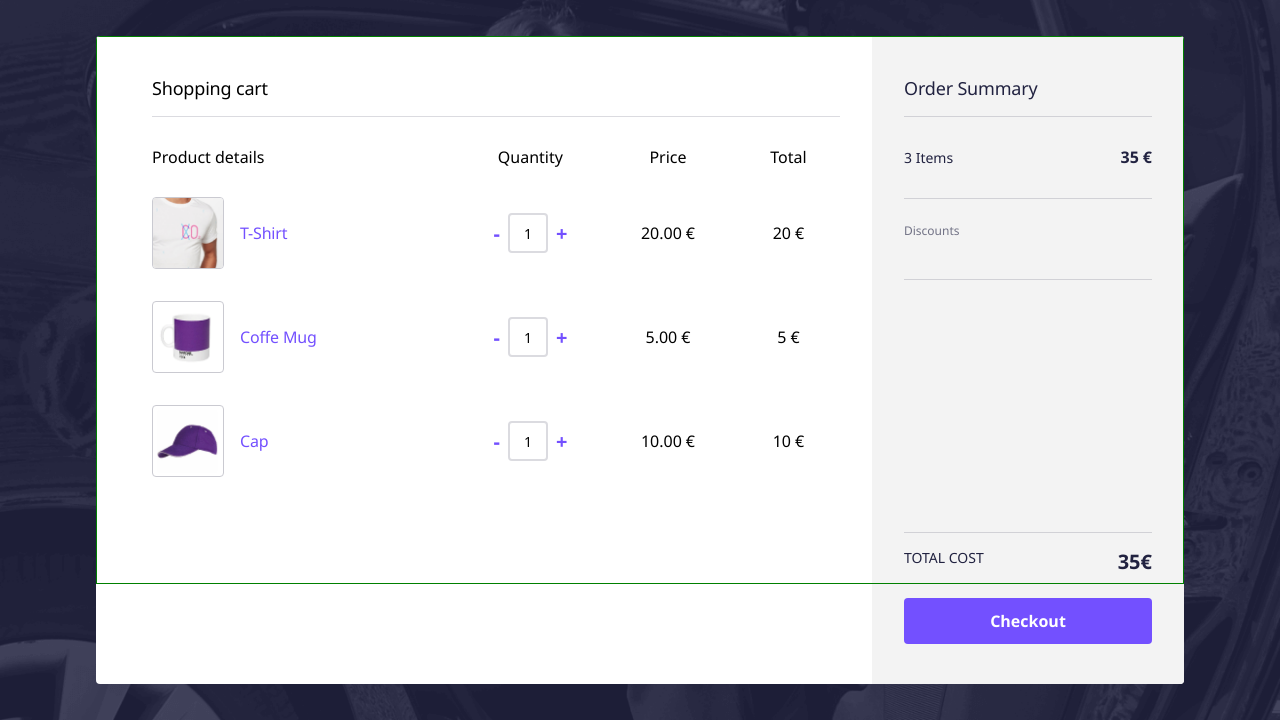
Repository: banchiec/challengecbfy
Page: /
These files come from the project's save history. The page is drawn as it stood at one moment and after the next save; the edit follows.
The browser window is 1280 px wide. The pictures show the whole page.
Some web fonts or font styles are not loaded; a fallback is used. The project was rebuilt for these pictures with package versions that can differ from the ones it lists, and the page was loaded fresh each time. Also part of the build but not shown: craco.config.js.

Above is the page before, as saved 2021-12-10 13:01:24.

### src/index.js
import './index.css';
import App from './App';
import Checkout from './helpers/checkout'
// here a service should be called to obtain the api data
import { products } from './data/data'

import discounts from './helpers/discounts';

const purchase = new Checkout(products, discounts)
purchase.init()
App(purchase)

### src/index.css
@tailwind base;
@tailwind components;
@tailwind utilities;

body {
  margin: 0;
  font-family: -apple-system, BlinkMacSystemFont, 'Segoe UI', 'Roboto', 'Oxygen',
    'Ubuntu', 'Cantarell', 'Fira Sans', 'Droid Sans', 'Helvetica Neue',
    sans-serif;
  -webkit-font-smoothing: antialiased;
  -moz-osx-font-smoothing: grayscale;
}

code {
  font-family: source-code-pro, Menlo, Monaco, Consolas, 'Courier New',
    monospace;
}

@font-face {
  font-family: 'Avenir';
  src:local('Avenir'), url(./assets/fonts/Avenir-Black.woff) format('woff');
}

### src/App.js
import { render } from 'react-dom';
import Main from './components/main/Main'
import './App.css';

function App(purchase) {
  render(<Main purchase={purchase} />, document.getElementById('root'))
}

export default App;

### src/helpers/checkout.js
export default class Checkout {
    constructor(price, discounts = []) {
        this.price = price.reduce((acc, good) => ({ ...acc, [good.code]: good }), {})
        this.discounts = discounts
        this.cartItems = []
    }
    init() {
        this.scan('TSHIRT')
        this.scan('MUG')
        this.scan('CAP')
    }
    scan(code, argument = 1) {
        const currentCartItem = this.cartItems.find((item) => item.code === code);
        if (currentCartItem) {
            switch (argument) {
                case 1:
                    currentCartItem.count += 1;
                    break;
                case -1:
                    currentCartItem.count -= 1;
                    if (currentCartItem.count === 0) {
                        this.cartItems = this.cartItems.filter((item) => item.code !== code);
                    }
                    break;
                default:
                    currentCartItem.count = argument;
                    break;
            }
            return this;
        }
        const currentPriceItem = this.price[code];
        // console.log(this.price)
        if (currentPriceItem) {
            switch (argument) {
                case 1:
                    this.cartItems.push({ ...currentPriceItem, count: 1 });
                    break;
                case -1:
                    break;
                default:
                    this.cartItems.push({ ...currentPriceItem, count: argument });
            }
            return this;
        }
        return new Error(`product with code ${code} has not been found`);


    }
    get actualDiscounts() {
        return this.discounts.reduce(
            (acc, discount) => {
                const res = discount.check(this.items);
                if (res) return [...acc, res];
                return acc;
            }, [],
        );
    }
    get items() {
        return this.cartItems
    }

    get totalDiscount() {
        return this.actualDiscounts.reduce((acc, { discountAmount }) => acc + discountAmount, 0);
    }
    cost(code) {
        const currentCartItem = this.cartItems.find((item) => item.code === code);
        if (currentCartItem) {
            return currentCartItem.count * currentCartItem.price;
        }
        return null;
    }

    preCalc() {
        return ({
            countItems: this.cartItems.reduce((acc, item) => acc + item.count, 0),
            summaryCost: this.cartItems.reduce((acc, item) => acc + (item.count * item.price), 0),
            actualDiscounts: this.actualDiscounts,
        });
    }

    // method total will return total cost as number
    total() {
        return this.cartItems.reduce(
            (acc, item) => acc + (item.count * item.price),
            0,
        ) - this.totalDiscount;
    }
}

### src/data/data.js
import shirt from '../assets/images/shirt.png'
import mug from '../assets/images/mug.png'
import cap from '../assets/images/cap.png'
export const products = [
    {
        id: '1',
        code: 'TSHIRT',
        name: 'T-Shirt',
        price: '20.00',
        image: shirt
    },
    {
        id: '3',
        code: 'MUG',
        name: 'Coffe Mug',
        price: '5.00',
        image: mug

    },
    {
        id: '4',
        code: 'CAP',
        name: 'Cap',
        price: '10.00',
        image: cap

    }
]

### src/helpers/discounts.js
const discounts = [
    {
        name: '2-for-1-Mug',
        check: (products) => {
            const currentProduct = products.find((product) => product.code === 'MUG')
            if (currentProduct && currentProduct.count > 1) {
                return ({
                    name: '2x1 Mug offer',
                    discountAmount: Math.trunc(currentProduct.count / 2) * currentProduct.price
                })
            }
            return null
        }
    },
    {
        name: 'bulk-discount-shirt',
        check: (products) => {
            const currentProduct = products.find((product) => product.code === 'TSHIRT')
            if (currentProduct && currentProduct.count >= 3) {
                return ({
                    name: 'x3-Shirt-offer',
                    discountAmount: (currentProduct.price / 100) * 5 * currentProduct.count
                })
            }
            return null
        }
    }
]

export default discounts

### src/components/main/Main.js
import { useState } from "react"
import OrderSummery from "../OrderSummery/OrderSummery"
import { ShoppingCart } from "../shoppingCart/ShoppingCart"

export default function Main(props) {
    const { purchase } = props
    const [items, setItems] = useState(purchase.items)

    const initStateSum = purchase.preCalc()
    const initTotalCost = purchase.total()

    const [summary, setSummary] = useState({
        ...initStateSum,
        totalCost: initTotalCost
    })

    const scan = (code) => (op) => (e) => {
        switch (op) {
            case 'dec':
                purchase.scan(code, -1);
                break;
            case 'set':
                purchase.scan(code, Number(e.target.value));
                console.log(e.target.value)
                break;
            case 'inc':
                purchase.scan(code, 1);
                break;
            default:
                // unknown operation
                break;
        }
        // set new cart items list for react
        setItems([...purchase.items]);
        const newSums = purchase.preCalc();
        const newTotalCost = purchase.total();
        setSummary({
            ...newSums,
            totalCost: newTotalCost,
        });

    }
    const cost = (code) => purchase.cost(code)

    return (
        <main className="App">
            <div className="modal">
                <div className="content"></div>
            </div>
            <ShoppingCart items={items} scan={scan} cost={cost} />
            <OrderSummery summary={summary} />
        </main>
    )
}

### src/App.css
* {
  box-sizing: border-box;
  outline: none;
}

html,
body,
div,
span,
applet,
object,
iframe,
h1,
h2,
h3,
h4,
h5,
h6,
p,
blockquote,
pre,
a,
abbr,
acronym,
address,
big,
button,
cite,
code,
del,
dfn,
em,
img,
ins,
kbd,
q,
s,
samp,
small,
strike,
strong,
sub,
sup,
tt,
var,
b,
u,
i,
center,
dl,
dt,
dd,
ol,
ul,
li,
fieldset,
form,
label,
legend,
table,
caption,
tbody,
tfoot,
thead,
tr,
th,
td,
article,
aside,
canvas,
details,
embed,
figure,
figcaption,
footer,
header,
hgroup,
menu,
nav,
output,
ruby,
section,
summary,
time,
mark,
audio,
video {
  margin: 0;
  padding: 0;
  border: 0;
  vertical-align: baseline;
  font: 100%;
}

/* HTML5 display-role reset for older browsers */
article,
aside,
details,
figcaption,
figure,
footer,
header,
hgroup,
menu,
nav,
section {
  display: block;
}

body {
  -webkit-font-smoothing: antialiased;
  -moz-osx-font-smoothing: grayscale;
  line-height: 1;
}

ol,
ul {
  list-style: none;
}

blockquote,
q {
  quotes: none;
}

a {
  cursor: pointer;
}

blockquote:before,
blockquote:after,
q:before,
q:after {
  content: none;
}

table {
  border-spacing: 0;
  border-collapse: collapse;
}

a {
  text-decoration: none;
}

input:not([type="checkbox"]):not([type="radio"]),
textarea {
  appearance: none;
}

input[type="number"]::-webkit-outer-spin-button,
input[type="number"]::-webkit-inner-spin-button {
  margin: 0;
  appearance: none;
}

input[type="number"] {
  appearance: textfield;
}

input::-ms-clear {
  display: none;
}

select::-ms-expand {
  display: none;
}

textarea {
  overflow: auto;
  vertical-align: top;
}

input::placeholder {
  opacity: 1;
}

h1.main {
  padding-bottom: 16px;
  border-bottom: 1px solid rgba(33, 34, 64, 0.16);
}

.wrapper.border,
.wrapper-half.border {
  border-bottom: 1px solid rgba(33, 34, 64, 0.16);
}

h2,
.products-list li.products-list-title {
  color: #a6a7b3;
  letter-spacing: 1px;
  font-size: 10px;
  line-height: 16px;
}

h2,
.product-code {
  font-size: 12px;
  line-height: 16px;
}

.product-quantity,
.summary input,
.summary ul li,
.summary-total-cost {
  font-size: 14px;
  line-height: 17px;
}

.product h1 {
  font-size: 16px;
  line-height: 24px;
}

.products button.count,
.summary-total-price {
  font-size: 20px;
  line-height: 25px;
}

h2 {
  color: #717285;
  letter-spacing: 0;
  font-weight: 300;
}

h2 + * {
  margin-top: 16px;
}

body {
  margin: 0;
  padding: 0;
  height: 100vh;
  background-image: url("./assets/images/background.png");
  background-color: #212240;
  background-position: top left;
  background-size: cover;
  font-family: Avenir, "Avenir Next", "Segoe UI", sans-serif;
  font-weight: regular;
}

.App {
  position: fixed;
  top: 50%;
  left: 50%;
  display: flex;
  overflow-x: hidden;
  overflow-y: auto;
  max-width: 1088px;
  max-height: 648px;
  width: calc(100% - 64px);
  height: calc(100% - 64px);
  border-radius: 4px;
  background-color: #ffffff;
  transform: translate(-50%, -50%);
}

h1 {
  position: relative;
  letter-spacing: -0.18px;
  font-size: 18px;
  line-height: 24px;
}

.wrapper {
  padding: 32px 0;
}

.wrapper-half {
  padding: 24px 0;
}

.tableHead {
  padding: 32px 0;
}

.row {
  position: relative;
  display: flex;
  flex-flow: row nowrap;
  justify-content: space-between;
}

.row + .row {
  margin-top: 32px;
}

[class*="col-"] {
  display: flex;
  align-items: center;
}

[class*="col-"]:nth-child(n + 2) {
  justify-content: center;
}

.col-product {
  width: 45%;
}

.col-quantity {
  width: 20%;
}

.col-price {
  width: 20%;
}

.col-total {
  width: 15%;
}

input {
  width: 100%;
  height: 48px;
  border-radius: 4px;
}

.currency {
  margin-left: 4px;
}

.products {
  padding: 40px 32px 40px 56px;
}

.products button.count {
  padding: 0 8px;
  height: 40px;
  border: none;
  background: transparent;
  color: #7350ff;
  font-weight: bold;
  cursor: pointer;
}

.products {
  flex: 1;
}

.products-list {
  position: relative;
  width: 100%;
}

.product-image {
  display: flex;
  align-items: center;
  flex-flow: row nowrap;
}

.product-image img {
  margin-right: 16px;
  width: 72px;
  height: 72px;
  border: 1px solid #cacad1;
  border-radius: 4px;
}

.product-code {
  border-radius: 4px;
  color: #a6a7b3;
  letter-spacing: 0.13px;
  font-weight: 400;
}

.product-quantity {
  width: 40px;
  height: 40px;
  border: 2px solid #dbdbe0;
  border-radius: 4px;
  text-align: center;
}

.product-price {
  color: #000000;
  font-size: 16px;
}

.product .clear {
  border: none;
  background: transparent;
}

.product .clear span {
  position: relative;
  display: block;
  width: 16px;
  height: 16px;
}

.product .clear span:before,
.product .clear span:after {
  content: "";
  position: absolute;
  top: 8px;
  left: 2px;
  display: block;
  width: 12px;
  height: 2px;
  border-radius: 8px;
  background-color: #a6a7b3;
  transform: rotate(-45deg);
  transform-origin: center center;
}

.product .clear span:before {
  transform: rotate(45deg);
}

.product h1 {
  color: #7350ff;
}

.summary {
  display: flex;
  flex-flow: column wrap;
  padding: 40px 32px;
  width: 312px;
  background-color: #f3f3f3;
  color: #212240;
}

.summary > * {
  width: 100%;
}

.summary-items-price {
  font-size: 16px;
  font-weight: bold;
}

.summary input {
  margin: 8px auto;
  color: #a6a7b3;
  text-indent: 16px;
  text-transform: uppercase;
}

.summary input::placeholder {
  color: #a6a7b3;
  text-transform: lowercase;
}

.summary ul li {
  display: flex;
  justify-content: space-between;
}

.summary ul li > *:nth-child(2) {
  font-weight: bold;
}

.summary ul li + li {
  margin-top: 20px;
}

.summary-total {
  align-self: flex-end;
  margin-top: auto;
  padding-top: 16px;
  padding-bottom: 0;
  border-top: 1px solid rgba(33, 34, 64, 0.16);
  color: #212240;
}

.summary-total-cost {
  flex-basis: 100%;
  text-transform: uppercase;
}

.summary-total-price {
  font-weight: bold;
}

.summary button[type="submit"] {
  margin-top: 24px;
  padding-top: 16px;
  padding-bottom: 16px;
  width: 100%;
  border-radius: 4px;
  background: #7350ff;
  color: #ffffff;
  font-size: 16px;
  font-weight: bold;
  line-height: 14px;
  cursor: pointer;
}

/* MODAL */
.modal {
  position: absolute ;
  width: 1088px;
  height: 548px;
  border: 0;
  z-index: 2;
  /* left: 176px; */
  /* top: 126px; */
  border: 1px solid green;
}
.content {
  position: absolute;
  width: 248px;
  height: 358px;
  left: 984px;
  top: 270px;
}
.background {
  position: absolute;
  width: 1440px;
  height: 904px;
  left: 0px;
  top: -2px;
}

### src/components/OrderSummery/OrderSummery.js
import React from 'react';
import { uniqueId } from 'lodash';

function OrderSummery(props) {
    const {
        summary: {
            countItems, summaryCost, actualDiscounts, totalCost,
        },
    } = props;
    return (
        <aside className="summary">
            <h1 className="main">Order Summary</h1>
            <ul className="summary-items wrapper border">
                <li>
                    <span className="summary-items-number">
                        {countItems || 0}
                        {' '}
                        Items
                    </span>
                    <span className="summary-items-price">
                        {summaryCost || 0}
                        <span className="currency">
                            €
                        </span>
                    </span>
                </li>
            </ul>
            <div className="summary-discounts wrapper-half border">
                <h2>Discounts</h2>
                {actualDiscounts && (
                    <ul>
                        {actualDiscounts.map((disc) => (
                            <li key={uniqueId()}>
                                <span>{disc.name}</span>
                                <span>
                                    -
                                    {disc.discountAmount}
                                    {' '}
                                    €
                                </span>
                            </li>
                        ))}
                    </ul>
                )}
            </div>
            <div className="summary-total wrapper">
                <ul>
                    <li>
                        <span className="summary-total-cost">
                            Total cost
                        </span>
                        <span className="summary-total-price">
                            {totalCost || 0}
                            €
                        </span>
                    </li>
                </ul>
                <button type="submit">Checkout</button>
            </div>
        </aside>
    );
}

export default OrderSummery;

### src/components/shoppingCart/ShoppingCart.js
import { uniqueId } from 'lodash'
import { CartString } from '../CartString/CartString'

export const ShoppingCart = (props) => {
    // console.log(props)
    const { items, scan, cost } = props


    const setDetails = (e) => {
        console.log(e)

    }

    return (
        <>
            {/* <div className="modal">
                <div className="content"></div>
            </div> */}
            <section className="products">
                <h1 className="main">Shopping cart</h1>
                <ul className="product-list tableHead">
                    <li className="products-list-title row">
                        <div className="col-product">Product details</div>
                        <div className="col-quantity">Quantity</div>
                        <div className="col-price">Price</div>
                        <div className="col-total">Total</div>
                    </li>
                </ul>
                <ul className="products-list">
                    {items.map((item) => (
                        <CartString
                            content={item}
                            scan={scan(item.code)}
                            cost={cost(item.code)}
                            key={uniqueId()}
                            onClick={setDetails}
                        />
                    ))}
                </ul>
            </section>
        </>
    )
}

### src/components/CartString/CartString.js
import { useState } from 'react'
// import DetailsModal from "../DetailsModal/DetailsModal"

export const CartString = (props) => {
    const [show, setShow] = useState(false)
    const {
        content: {
            productCode,
            name,
            count,
            image,
            price
        },
        scan,
        cost,
    } = props

    const setDetails = (e) => {
        console.log(e)
    }


    return (
        <>
            <li className="product row" onClick={setDetails}>
                <div className="col-product">
                    <figure className="product-image">
                        <img src={image} alt={image} />
                        <div className="product-description">
                            <h1 className="product-description-details">{name}</h1>
                            <p className="product-code">{productCode}</p>
                        </div>
                    </figure>
                </div>
                <div className="col-quantity">
                    <button type="button" className="count" onClick={scan('dec')}>
                        -
                    </button>
                    <input type="text" className="product-quantity" value={count} onChange={scan('set')} />
                    <button type="button" className="count" onClick={scan('inc')}>
                        +
                    </button>
                </div>
                <div className="col-price">
                    <span className="product-price">
                        {price}
                    </span>
                    <span className="product-currency currency">€</span>
                </div>
                <div className="col-total">
                    <span className="product-price">{cost}</span>
                    <span className="product-currency currency">€</span>
                </div>
            </li>
        </>
    )
}

Loaded but not shown: public/index.html (common file); tailwind.config.js (common file)

After the next save:
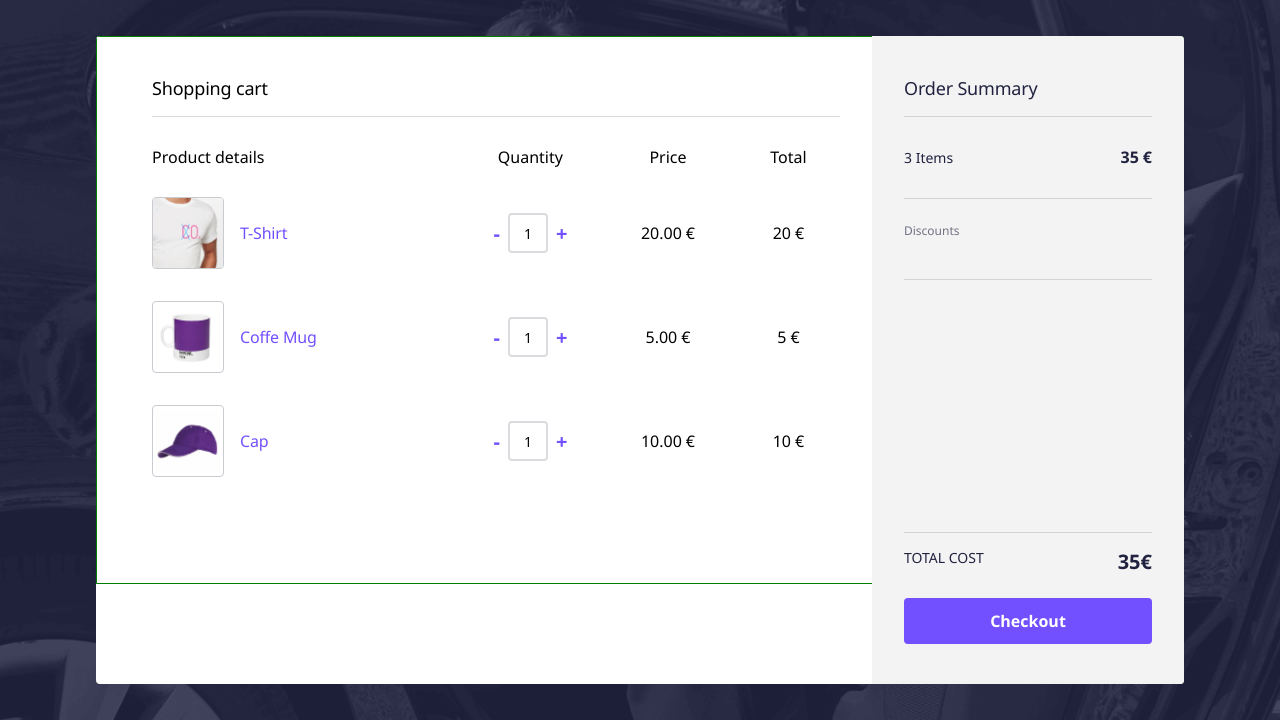
Saved 12 s later.
--- a/src/App.css
+++ b/src/App.css
@@ -494,7 +494,7 @@ input {
   width: 1088px;
   height: 548px;
   border: 0;
-  z-index: 2;
+  z-index: -1;
   /* left: 176px; */
   /* top: 126px; */
   border: 1px solid green;
